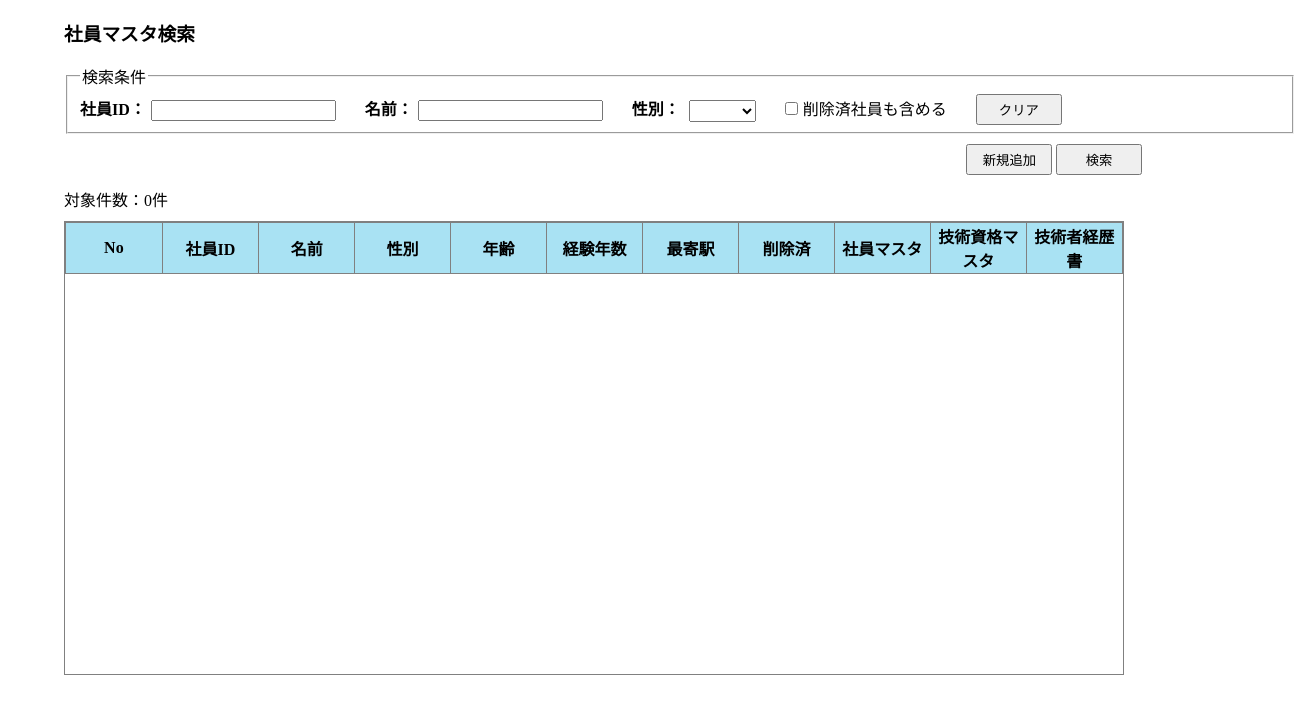
Repository: nguyenvantandev/WebApp
Page: http://localhost/EmployeeInfoSystem/
These files come from the project's save history. The page is drawn as it stood at one moment and after the next save; the edit follows.
The browser window is 1280 px wide. The page is 1294 px wide, so the pictures cover 1294 px, including what lies to the right of the window. The pictures show the whole page.
Some web libraries are served in a nearby version. The page is served by Tomcat 9. Other server files are loaded and not shown. The template is opened directly, without the code that normally fills it, so the values that code supplies are empty.

Above is the page before, as saved 2016-05-30 06:35:34.

### EmployeeInfoSystem/WebContent/EmployeeSearch.jsp
<%@ page language="java" contentType="text/html; charset=UTF-8"
	pageEncoding="UTF-8"%>

<%@ taglib prefix="c" uri="http://java.sun.com/jsp/jstl/core"%>
<!DOCTYPE html PUBLIC "-//W3C//DTD HTML 4.01 Transitional//EN" "http://www.w3.org/TR/html4/loose.dtd">
<html>
<head>
<meta http-equiv="Content-Type" content="text/html; charset=UTF-8">
<link rel="stylesheet" type="text/css" href="css/EmployeeSearch.css">
<script type="text/javascript" src="js/EmployeeSearch.js"></script>
<!-- <link rel="stylesheet" type="text/css" href="https://cdn.datatables.net/1.10.11/css/jquery.dataTables.min.css"> -->
<script type="text/javascript" src="http://code.jquery.com/jquery-1.10.1.min.js"></script>

<title>社員マスタ検索画面</title>
</head>
<body>
	<form action="ShainMasterKensaku" method="post" id="EmployeeSearch" name="EmployeeSearch">
		<div>
			<h3>
				<b>社員マスタ検索</b>
			</h3>
			<fieldset>
				<legend>検索条件</legend>
				<label id="shain_title"><b>社員ID：</b></label><input type="text" id="shain_ID" name="shain_id" maxlength="4" style="ime-mode: disabled;">
					<label id="namae_title"><b>名前：</b></label><input type="text" id="namae" name="namae" maxlength="40">
					<label id="sebetsu_title"><b>性別：</b></label>
					<select id="sebetsu" name="sebetsu">
					<option></option>
					<option>男</option>
					<option>女</option>
					</select>
					<input type="checkbox" id="sakujosumi" name="sakujosumi"><label>削除済社員も含める</label>
				<input type="button" id="kuria" name="kuria" value="クリア" onclick="kuria_click()">
			</fieldset>
			<input type="button" id="shikitsuika" name="shinkitsuika" value="新規追加" onclick="shinkitsuika_click()">
			<input type="button" id="kensaku" name="kensaku" value="検索" onclick="kensaku_click()">
			<input type="hidden" id="click_action" name="click_action">
 			<div id="num">
				<%-- <c:if test="${empty count}">
             		対象件数：0件<br>
				</c:if>
				<c:if test="${not empty count}">
					対象件数：<%=((Integer) request.getAttribute("count"))%>件<br>
				</c:if> --%>
				対象件数：0件<br>
			</div>

			<div id="list">
				<table id="table" border="1">
					<thead>
						<tr>
							<th style="width: 117px">No</th>
							<th style="width: 117px">社員ID</th>
							<th  style="width: 117px">名前</th>
							<th style="width: 117px">性別</th>
							<th style="width: 117px">年齢</th>
							<th style="width: 117px">経験年数</th>
							<th style="width: 117px">最寄駅</th>
							<th style="width: 117px">削除済</th>
							<th style="width: 117px">社員マスタ</th>
							<th style="width: 117px">技術資格マスタ</th>
							<th style="width: 117px">技術者経歴書</th>
						</tr>
					</thead>
					<tbody>
					<c:forEach var="row" items="${memberList}">
							<tr>
								<td style="width: 117px"><c:out value="${row.num}"/></td>
								<td style="width: 117px"><c:out value="${row.shainid}"></c:out></td>
								<td style="width: 117px"><c:out value="${row.namae}"></c:out></td>
								<td style="width: 117px"><c:out value="${row.sebetsu}"></c:out></td>
								<td style="width: 117px"><c:out value="${row.nenrei}"></c:out></td>
								<td style="width: 117px"><c:out value="${row.keikennensuu}"></c:out></td>
								<td style="width: 117px"><c:out value="${row.saiyorieki}"></c:out></td>
								<td style="width: 117px"><c:out value="${row.sakujosumi}"></c:out></td>
								<td style="width: 117px">
								<input type="button" id="ShainMaster" name="ShainMaster" value="参照／編集">
								<input type="button" id="Sakujo" name="Sakujo" value="削除">
								</td>
								<td style="width: 117px">
								<input type="button" id="GijutsushikakuMaster" name="GijutsushikakuMaster" value="参照／編集">
								</td>
								<td style="width: 117px">
								<input type="button" id="GijitsushaKerekisho" name="GijitsushaKerekisho" value="参照">
								</td>

							</tr>
						</c:forEach>

					</tbody>
				</table>
			</div>

		</div>
	</form>

</body>
</html>

### EmployeeInfoSystem/WebContent/css/EmployeeSearch.css
@CHARSET "UTF-8";
body {
	margin-left: 5%;
    margin-right: 5%;
}
fieldset {
        height: 50px;
    width: 1200px;
}
#shain_title{
	margin-right: 5px;
}
#namae_title, #sebetsu_title, #sakujosumi{
	    margin-left: 25px;
    margin-right: 5px;
}
#sebetsu{
    width: 67px;
    height: 22px;
}
#kuria{
    margin-left: 25px;
    width: 86px;
    height: 31px;
}
#shikitsuika{
	 width: 86px;
    height: 31px;
    margin-top: 10px;
    margin-right: 10px;
    margin-bottom: 10px;
    right: 17%;
	position: absolute;
}

#kensaku{
	width: 86px;
    height: 31px;
    margin-top: 10px;
    margin-right: 10px;
    margin-bottom: 10px;
    right: 10%;
	position: absolute;
}
#num{
    margin-top: 53px;
    margin-bottom: 10px;
}

table {
	border-collapse: collapse;
	width: 92%;
	height: 100%;
}

th {

	table-layout:fixed;
	height: 30px;
	background-color: #A9E2F3;
}

td {

	table-layout:fixed;
	height: 30px;
	background-color: white;
    border-bottom-style: dashed;
}

tbody, thead {

	display: block;
}
tbody {
  overflow-y:scroll;
  height:400px;

}

### EmployeeInfoSystem/WebContent/js/EmployeeSearch.js
function employeeSearch_load() {
	var id = document.getElementById("id").value;
	var name = document.getElementById("name").value;
	var sex = document.getElementById("sex").value;
	var del = document.getElementById("del").value;
	var count = document.getElementById("kennsu").value;
	var serverErrorMs = document.getElementById("serverErrorMs").value;
	var searchAgain = document.getElementById("sakujoButton").value;
	var sakujoMes = document.getElementById("sakujoMes").value;

	if (id != "null") {
		document.getElementById("shain_ID").value = id;
	}
	if (name != "null") {
		document.getElementById("namae").value = name;
	}
	if (sex != "null") {
		$('#sebetsu').val(sex);
	}

	if (del == "1") {
		document.getElementById("sakujosumi").checked = true;
	}
	if (serverErrorMs != "null") {
		alert(serverErrorMs);
		return false;
	}
	if (sakujoMes != "null") {
		alert(sakujoMes);
	}

	if (searchAgain != "null") {
		document.getElementById("click_action").value = "検索";
		document.getElementById("EmployeeSearch").submit();
	}
	if (count == "0") {
		alert("検索条件に一致する社員が見つかりません。");
	}
	var tbl = document.getElementById("table").rows.length;
	for (var i = 1; i < tbl; i++) {
		var n = document.getElementById("table").rows[i].cells[7].innerHTML;
		if (n == "○") {
			document.getElementById("ShainMaster" + i).disabled = true;
			document.getElementById("Sakujo" + i).disabled = true;
			document.getElementById("GijutsushikakuMaster" + i).disabled = true;
			document.getElementById("GijitsushaKerekisho" + i).disabled = true;

		}
	}

}

function kuria_click() {
	document.getElementById("shain_ID").value = "";
	document.getElementById("namae").value = "";
	document.getElementById("sebetsu").value = "";
	document.getElementById("sakujosumi").checked = false;
}
function shinkitsuika_click() {
	document.getElementById("click_action").value = "新規追加";
	document.getElementById("EmployeeSearch").submit();
}
function kensaku_click() {
	var shainID = document.getElementById("shain_ID").value;
	if (shainID != "") {
		var regex = /^[A-Za-z0-9]+$/;
		if (!shainID.match(regex)) {
			alert("社員IDは半角英数字で入力してください。");
			return false;
		}
		var regex2 = /^[0-9]+$/;
		if (!shainID.match(regex2)) {
			alert("検索条件に一致する社員が見つかりません。");
			return false;
		}
	}
	document.getElementById("click_action").value = "検索";
	document.getElementById("EmployeeSearch").submit();

}

function shainmaster_click(Val) {
	var report = Val.parentNode.parentNode.cells[1].innerHTML;
	document.getElementById("shainmasterButton").value = report;
	document.getElementById("EmployeeSearch").submit();
}

function sakujo_click(Val) {
	var confim = confirm("社員を削除してよろしいですか？");
	if (confim == true) {
		var report = Val.parentNode.parentNode.cells[1].innerHTML;
		document.getElementById("sakujoButton").value = report;
		document.getElementById("EmployeeSearch").submit();
	} else {
		return false;
	}
}

function GijutsushikakuMaster_click(Val) {
	var report = Val.parentNode.parentNode.cells[1].innerHTML;
	document.getElementById("GijutsushikakuMasterButton").value = report;
	document.getElementById("EmployeeSearch").submit();
}

function GijitsushaKerekisho_click(Val) {
	var report = Val.parentNode.parentNode.cells[1].innerHTML;
	document.getElementById("GijitsushaKerekishoButton").value = report;
	document.getElementById("EmployeeSearch").submit();
}

After the next save:
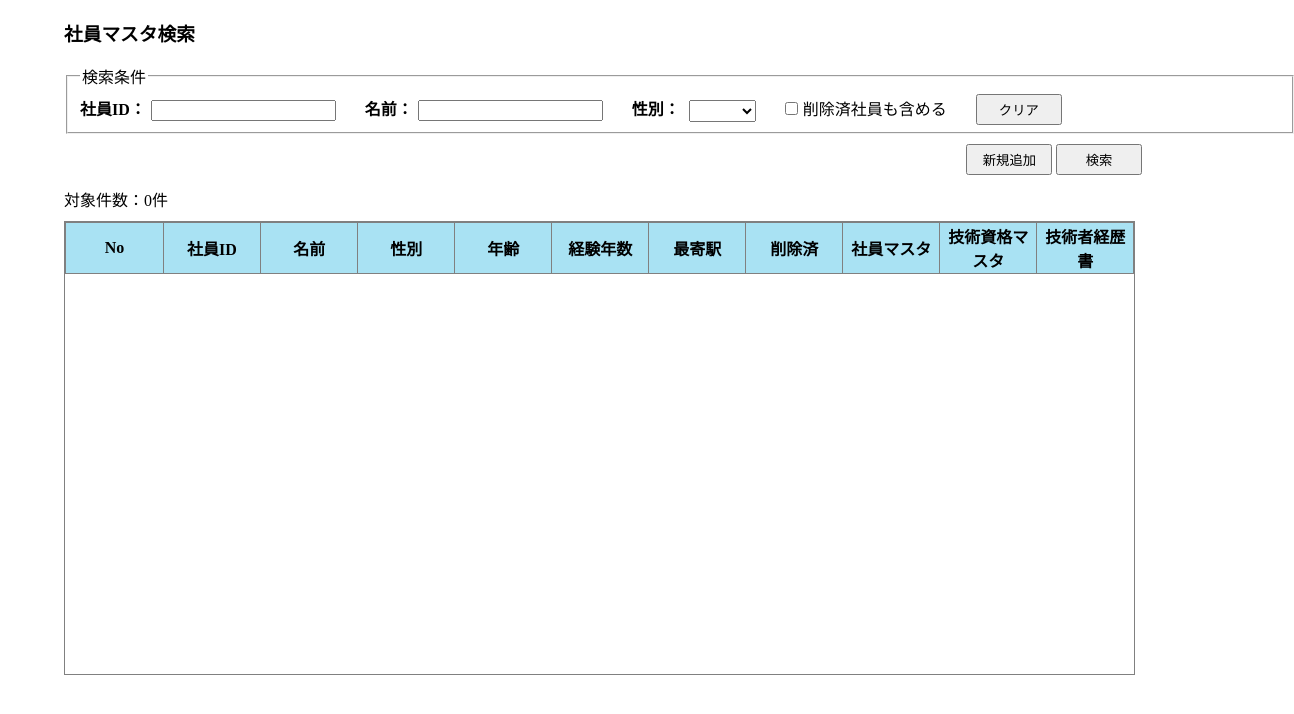
Saved 65 s later.
--- a/EmployeeInfoSystem/WebContent/css/EmployeeSearch.css
+++ b/EmployeeInfoSystem/WebContent/css/EmployeeSearch.css
@@ -49,7 +49,7 @@ fieldset {
 
 table {
 	border-collapse: collapse;
-	width: 92%;
+	width: 93%;
 	height: 100%;
 }
 
